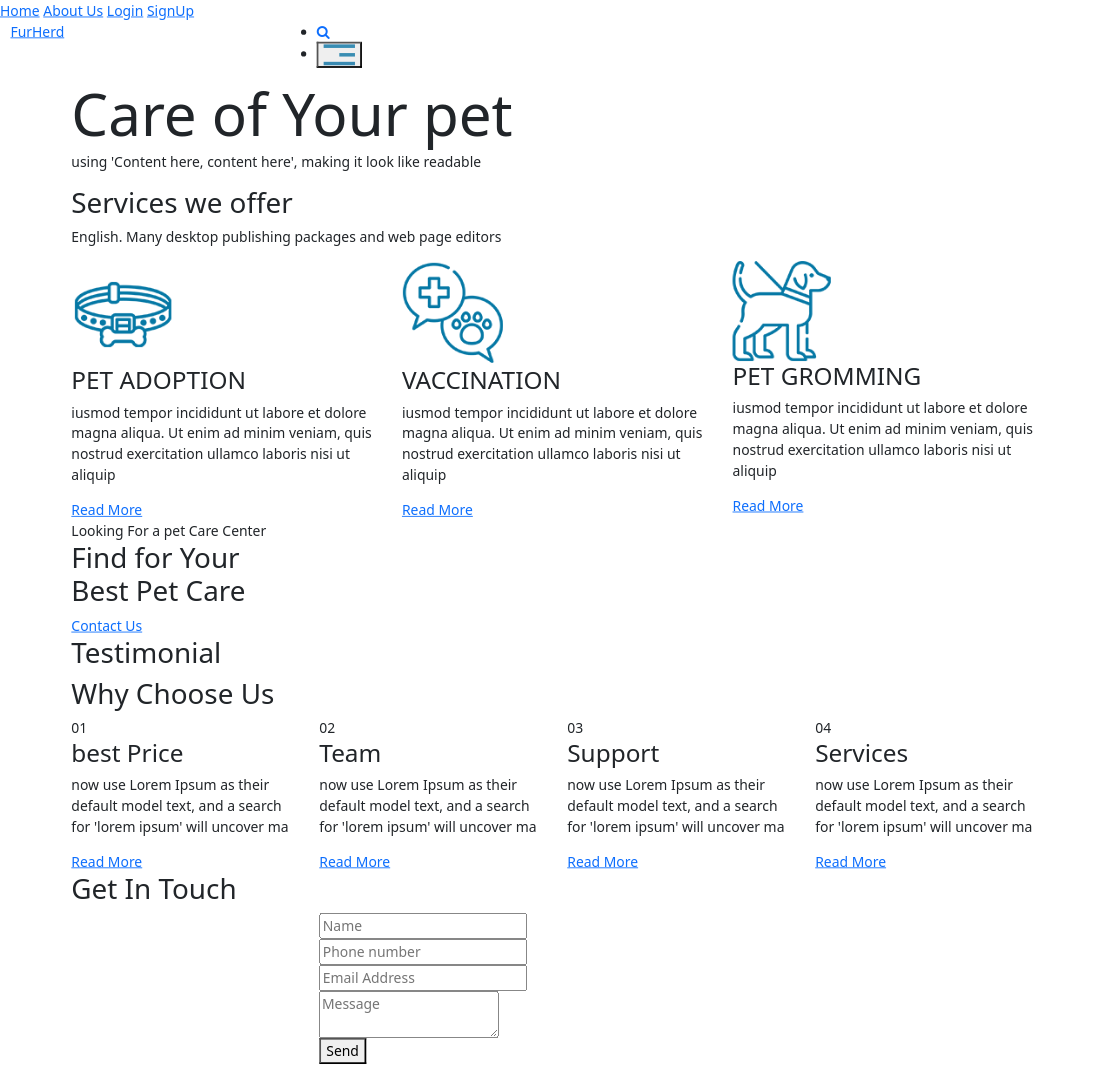
Repository: Chitti-g-k/Paw-Takers
Page: templates/index.html
These files come from the project's save history. The page is drawn as it stood at one moment and after the next save; the edit follows.
The browser window is 1280 px wide. The pictures show the whole page, at 87% of full size.
The template is drawn by Django 4.2. The application's start-up code is not run. Other server files are loaded and not shown. The template is opened directly, without the code that normally fills it, so the values that code supplies are empty.

Above is the page before, as saved 2023-07-16 13:07:33.

### templates/index.html

<html lang="en">
   <head>
      <!-- basic -->
      <meta charset="utf-8">
      <meta http-equiv="X-UA-Compatible" content="IE=edge">
      <!-- mobile metas -->
      <meta name="viewport" content="width=device-width, initial-scale=1">
      <meta name="viewport" content="initial-scale=1, maximum-scale=1">
      <!-- site metas -->
      <title>FurHerd</title>
      <meta name="keywords" content="">
      <meta name="description" content="">
      <meta name="author" content="">
      <!-- bootstrap css -->
      {%load static%}
      <link rel="stylesheet" href="{% static 'css/bootstrap.min.css' %}">
<!-- style css -->
<link rel="stylesheet" href="{% static 'css/style1.css' %}">
<!-- responsive-->
<link rel="stylesheet" href="{% static 'css/responsive.css' %}">
<!-- awesome fontfamily -->
<link rel="stylesheet" href="https://cdnjs.cloudflare.com/ajax/libs/font-awesome/4.7.0/css/font-awesome.min.css">
<link rel="stylesheet" href="https://cdnjs.cloudflare.com/ajax/libs/font-awesome/4.7.0/css/font-awesome.min.css">
<link href="https://cdn.jsdelivr.net/npm/bootstrap@5.0.2/dist/css/bootstrap.min.css" rel="stylesheet" integrity="sha384-EVSTQN3/azprG1Anm3QDgpJLIm9Nao0Yz1ztcQTwFspd3yD65VohhpuuCOmLASjC" crossorigin="anonymous">
<script src="https://cdn.jsdelivr.net/npm/bootstrap@5.0.2/dist/js/bootstrap.bundle.min.js" integrity="sha384-MrcW6ZMFYlzcLA8Nl+NtUVF0sA7MsXsP1UyJoMp4YLEuNSfAP+JcXn/tWtIaxVXM" crossorigin="anonymous"></script>
<script src="https://cdn.jsdelivr.net/npm/@popperjs/core@2.9.2/dist/umd/popper.min.js" integrity="sha384-IQsoLXl5PILFhosVNubq5LC7Qb9DXgDA9i+tQ8Zj3iwWAwPtgFTxbJ8NT4GN1R8p" crossorigin="anonymous"></script>
<script src="https://cdn.jsdelivr.net/npm/bootstrap@5.0.2/dist/js/bootstrap.min.js" integrity="sha384-cVKIPhGWiC2Al4u+LWgxfKTRIcfu0JTxR+EQDz/bgldoEyl4H0zUF0QKbrJ0EcQF" crossorigin="anonymous"></script>

      <!--[if lt IE 9]>
      <script src="https://oss.maxcdn.com/html5shiv/3.7.3/html5shiv.min.js"></script>
      <script src="https://oss.maxcdn.com/respond/1.4.2/respond.min.js"></script><![endif]-->
   </head>
   <!-- body -->
   <body class="main-layout">
    <!-- loader -->
    <div class="loader_bg">
        <div class="loader"><img src="{% static 'images/loading.gif' %}" alt="" /></div>
    </div>
    <!-- end loader -->

    <!-- header -->
    <header>
        <!-- header inner -->
        <nav>
            <a href="/display">Home</a>
            <a href="/">About Us</a>
            <a href="{% url 'account_login'%}">Login</a>
            <a href="{% url 'account_signup' %}">SignUp</a>
            <div class="animation start-home"></div>
        </nav>
        <div class="head-bottom">
            <div class="container-fluid">
                <div class="row">
                    <div class="col-sm-3">
                        <div class="logo">
                            <a href="">Fur<span>Herd</span></a>
                        </div>
                    </div>
                    <div class="col-sm-9">
                        <ul class="email text_align_right">
                            <li><a href="javascript:void(0)"><i class="fa fa-search" aria-hidden="true"></i></a></li>
                            <li> <button class="openbtn" onclick="openNav()"><img src="{% static 'images/menu_btn.png' %}"></button></li>
                        </ul>
                    </div>
                </div>
            </div>
        </div>
    </header>
    <!-- end header -->
    <!-- start slider section -->
    <div class="section">
        <div class="container">
            <div class="row">
                <div class="col-md-12">
                    <div class=" banner_main">
                        <div class="bluid">
                            <h1>Care of Your pet </h1>
                            <p>using 'Content here, content here', making it look like readable</p>
                        </div>
                    </div>
                </div>
            </div>
        </div>
    </div>
    <!-- end slider section -->
    <!-- services -->
    <div class="services">
        <div class="container">
            <div class="row">
                <div class="col-md-12">
                    <div class="titlepage text_align_center">
                        <h2>Services we offer</h2>
                        <p>English. Many desktop publishing packages and web page editors</p>
                    </div>
                </div>
            </div>
            <div class="row">
                <div class="col-md-4">
                    <div class="service_text">
                        <i><img src="{% static 'images/service_icon1.png' %}" alt="#"/></i>
                        <h3>PET ADOPTION</h3>
                        <p>iusmod tempor incididunt ut labore et dolore magna aliqua. Ut enim ad minim veniam, quis nostrud exercitation ullamco laboris nisi ut aliquip</p>
                        <a href="">Read More</a>
                    </div>
                </div>
                <div class="col-md-4">
                    <div class="service_text">
                        <i><img src="{% static 'images/service_icon2.png' %}" alt="#"/></i>
                        <h3>VACCINATION</h3>
                        <p>iusmod tempor incididunt ut labore et dolore magna aliqua. Ut enim ad minim veniam, quis nostrud exercitation ullamco laboris nisi ut aliquip</p>
                        <a href="">Read More</a>
                    </div>
                </div>
                <div class="col-md-4">
                    <div class="service_text">
                        <i><img src="{% static 'images/service_icon3.png' %}" alt="#"/></i>
                        <h3>PET GROMMING</h3>
                        <p>iusmod tempor incididunt ut labore et dolore magna aliqua. Ut enim ad minim veniam, quis nostrud exercitation ullamco laboris nisi ut aliquip</p>
                        <a href="">Read More</a>
                    </div>
                </div>
            </div>
        </div>
    </div>
    <!-- end services -->
    <!-- pet -->
    <div class="pet">
        <div class="container">
            <div class="row d_flex">
                <div class="col-md-6">
                    <div class="titlepage text_align_left">
                        <span>Looking For a pet Care Center</span>
                        <h2>Find for Your <br>Best Pet Care </h2>
                        <a class="read_more" href="">Contact Us</a>
                    </div>
                </div>
            </div>
        </div>
    </div>
    <!-- end pet -->


          <!-- testimonial -->
          <div class="testimonial">
            <div class="container">
                <div class="row">
                    <div class="col-sm-12">
                        <div class="titlepage text_align_center">
                            <h2>Testimonial</h2>
                        </div>
                    </div>
                </div>
                <!-- start slider section -->
                <div class="row">
                    <div class="col-md-12">
                        <div id="testi" class="carousel slide testimonial_banner" data-ride="carousel">
                            <ol class="carousel-indicators">
                                <li data-target="#testi" data-slide-to="0" class="active"></li>
                                <li data-target="#testi" data-slide-to="1"></li>
                                <li data-target="#testi" data-slide-to="2"></li>
                                <li data-target="#testi" data-slide-to="3"></li>
                            </ol>
                            <div class="carousel-inner">
                                <div class="carousel-item active">
                                    <div class="container-fluid">
                                        <div class="carousel-caption testi">
                                            <div class="test_box text_align_center">
                                                <i class="left_di"><img src="{% static 'images/tese1.png' %}" alt="#"/></i>
                                                <p>alteration in some form, by injected humour, or randomised words which don't look even slightly believable. If you are going to use a passage of Lorem Ipsum, you need to be sure there isn't anything alteration in some form, by injected humour, or randomised words which don't look even slightly believable. If you are going to use a passage of Lorem Ipsum, you need to be sure there isn't anything </p>
                                                <i class="right_di"><img src="{% static 'images/tese2.png' %}" alt="#"/></i>
                                            </div>
                                            <div class="por_file">
                                                <i><img src="{% static 'images/test2.png' %}" alt="#"/></i>
                                                <h4>believable <br><span> use a passage</span></h4>
                                            </div>
                                        </div>
                                    </div>
                                </div>
                                <div class="carousel-item">
                                    <div class="container-fluid">
                                        <div class="carousel-caption testi">
                                            <div class="test_box text_align_center">
                                                <i class="left_di"><img src="{% static 'images/tese1.png' %}" alt="#"/></i>
                                                <p>alteration in some form, by injected humour, or randomised words which don't look even slightly believable. If you are going to use a passage of Lorem Ipsum, you need to be sure there isn't anything alteration in some form, by injected humour, or randomised words which don't look even slightly believable. If you are going to use a passage of Lorem Ipsum, you need to be sure there isn't anything </p>
                                                <i class="right_di"><img src="{% static 'images/tese2.png' %}" alt="#"/></i>
                                            </div>
                                            <div class="por_file">
                                                <i><img src="{% static 'images/test2.png' %}" alt="#"/></i>
                                                <h4>believable <br><span> use a passage</span></h4>
                                            </div>
                                        </div>
                                    </div>
                                </div>
                                <div class="carousel-item">
                                    <div class="container-fluid">
                                        <div class="carousel-caption testi">
                                            <div class="test_box text_align_center">
                                                <i class="left_di"><img src="{% static 'images/tese1.png' %}" alt="#"/></i>
                                                <p>alteration in some form, by injected humour, or randomised words which don't look even slightly believable. If you are going to use a passage of Lorem Ipsum, you need to be sure there isn't anything alteration in some form, by injected humour, or randomised words which don't look even slightly believable. If you are going to use a passage of Lorem Ipsum, you need to be sure there isn't anything </p>
                                                <i class="right_di"><img src="{% static 'images/tese2.png' %}" alt="#"/></i>
                                            </div>
                                            <div class="por_file">
                                                <i><img src="{% static 'images/test2.png' %}" alt="#"/></i>
                                                <h4>believable <br><span> use a passage</span></h4>
                                            </div>
                                        </div>
                                    </div>
                                </div>
                                <div class="carousel-item">
                                    <div class="container-fluid">
                                        <div class="carousel-caption testi">
                                            <div class="test_box text_align_center">
                                                <i class="left_di"><img src="{% static 'images/tese1.png' %}" alt="#"/></i>
                                                <p>alteration in some form, by injected humour, or randomised words which don't look even slightly believable. If you are going to use a passage of Lorem Ipsum, you need to be sure there isn't anything alteration in some form, by injected humour, or randomised words which don't look even slightly believable. If you are going to use a passage of Lorem Ipsum, you need to be sure there isn't anything </p>
                                                <i class="right_di"><img src="{% static 'images/tese2.png' %}" alt="#"/></i>
                                            </div>
                                            <div class="por_file">
                                                <i><img src="{% static 'images/test2.png' %}" alt="#"/></i>
                                                <h4>believable <br><span> use a passage</span></h4>
                                            </div>
                                        </div>
                                    </div>
                                </div>
                            </div>
                            <a class="carousel-control-prev" href="#testi" role="button" data-slide="prev">
                                <i class="fa fa-angle-left" aria-hidden="true"></i>
                                <span class="sr-only">Previous</span>
                            </a>
                            <a class="carousel-control-next" href="#testi" role="button" data-slide="next">
                                <i class="fa fa-angle-right" aria-hidden="true"></i>
                                <span class="sr-only">Next</span>
                            </a>
                        </div>
                    </div>
                </div>
            </div>
        </div>

        <!-- choose -->
        <div class="choose">
            <div class="container">
                <div class="row">
                    <div class="col-md-12">
                        <div class="titlepage text_align_center">
                            <h2>Why Choose Us</h2>
                        </div>
                    </div>
                </div>
                <div class="row">
                    <div class="col-lg-3 col-md-6">
                        <div id="ho_id" class="teab_box">
                            <span>01</span>
                            <h3>best Price</h3>
                            <p>now use Lorem Ipsum as their default model text, and a search for 'lorem ipsum' will uncover ma</p>
                            <a href="choose.html">Read More</a>
                        </div>
                    </div>
                    <div class="col-lg-3 col-md-6">
                        <div id="ho_id" class="teab_box">
                            <span>02</span>
                            <h3>Team</h3>
                            <p>now use Lorem Ipsum as their default model text, and a search for 'lorem ipsum' will uncover ma</p>
                            <a href="choose.html">Read More</a>
                        </div>
                    </div>
                    <div class="col-lg-3 col-md-6">
                        <div id="ho_id" class="teab_box">
                            <span>03</span>
                            <h3>Support</h3>
                            <p>now use Lorem Ipsum as their default model text, and a search for 'lorem ipsum' will uncover ma</p>
                            <a href="choose.html">Read More</a>
                        </div>
                    </div>
                    <div class="col-lg-3 col-md-6">
                        <div id="ho_id" class="teab_box">
                            <span>04</span>
                            <h3>Services</h3>
                            <p>now use Lorem Ipsum as their default model text, and a search for 'lorem ipsum' will uncover ma</p>
                            <a href="#">Read More</a>
                        </div>
                    </div>
                </div>
            </div>
        </div>


      <!-- end choose -->
      <!-- contact -->
      <div class="contact">
        <div class="container">
            <div class="row">
                <div class="col-md-12">
                    <div class="titlepage text_align_center">
                        <h2>Get In Touch</h2>
                    </div>
                </div>
                <div class="col-lg-6 offset-lg-3 col-md-8 offset-md-2">
                    <form id="request" class="main_form">
                        <div class="row">
                            <div class="col-md-12">
                                <input class="contactus" placeholder="Name" type="text" name="Name">
                            </div>
                            <div class="col-md-12">
                                <input class="contactus" placeholder="Phone number" type="text" name="Phone Number">
                            </div>
                            <div class="col-md-12">
                                <input class="contactus" placeholder="Email Address" type="text" name="Email">
                            </div>
                            <div class="col-md-12">
                                <textarea class="textarea" placeholder="Message" type="text" name="Message"></textarea>
                            </div>
                            <div class="col-md-12">
                                <button class="send_btn">Send</button>
                            </div>
                        </div>
                    </form>
                </div>

            </div>
        </div>
    </div>

      <!-- contact -->
      <!-- footer -->

      <!-- end footer -->
      <!-- Javascript files-->
      <script src="https://cdn.jsdelivr.net/npm/bootstrap@5.0.2/dist/js/bootstrap.bundle.min.js" integrity="sha384-MrcW6ZMFYlzcLA8Nl+NtUVF0sA7MsXsP1UyJoMp4YLEuNSfAP+JcXn/tWtIaxVXM" crossorigin="anonymous"></script>
<script src="https://cdn.jsdelivr.net/npm/@popperjs/core@2.9.2/dist/umd/popper.min.js" integrity="sha384-IQsoLXl5PILFhosVNubq5LC7Qb9DXgDA9i+tQ8Zj3iwWAwPtgFTxbJ8NT4GN1R8p" crossorigin="anonymous"></script>
<script src="https://cdn.jsdelivr.net/npm/bootstrap@5.0.2/dist/js/bootstrap.min.js" integrity="sha384-cVKIPhGWiC2Al4u+LWgxfKTRIcfu0JTxR+EQDz/bgldoEyl4H0zUF0QKbrJ0EcQF" crossorigin="anonymous"></script>
      <script src="https://code.jquery.com/jquery-3.6.0.min.js"></script>
      <script src="{% static 'js/jquery.min.js' %}"></script>
      <script src="{% static 'js/bootstrap.bundle.min.js' %}"></script>
      <script src="{% static 'js/jquery-3.0.0.min.js' %}"></script>
      <script src="{% static 'js/custom.js' %}"></script>
   </body>
</html>

### static/css/style1.css
.page {
    font-family: sans-serif;
    padding: 24px;
  }

  hr {
    margin-block: 32px;
  }

  .layout {
    display: flex;
    gap: 24px;
    flex-flow: row wrap;
  }

  .layout > div {
    flex: 1;
    display: flex;
    align-items: center;
    justify-content: center;
    border-radius: 12px;
    min-inline-size: 300px;
    min-block-size: 100px;
    box-shadow: 0 0 8px grey;
  }

  .layout > div:hover {
    box-shadow: 0 0 16px grey;
    transition-duration: 0.2s;
  }

  /* Styles above here aren't super relevant to containers */

  .card {
    container: card / inline-size;
  }

  .card div {
    display: block;
    inline-size: 100%;
    border-radius: inherit;
    text-align: center;
  }

  @container card (min-width: 400px) {
    /* Note that containers cannot style themselves, so an additional wrapper element is needed. */
    div {
      background-color: salmon;
    }

    h2 {
      font-size: 3rem;
    }
  }

Loaded but not shown: static/css/bootstrap.min.css (library); static/js/jquery.min.js (library); static/js/bootstrap.bundle.min.js (library); static/js/jquery-3.0.0.min.js (library); static/js/custom.js (108 lines, source omitted); static/css/responsive.css (82 lines, source omitted)

After the next save:
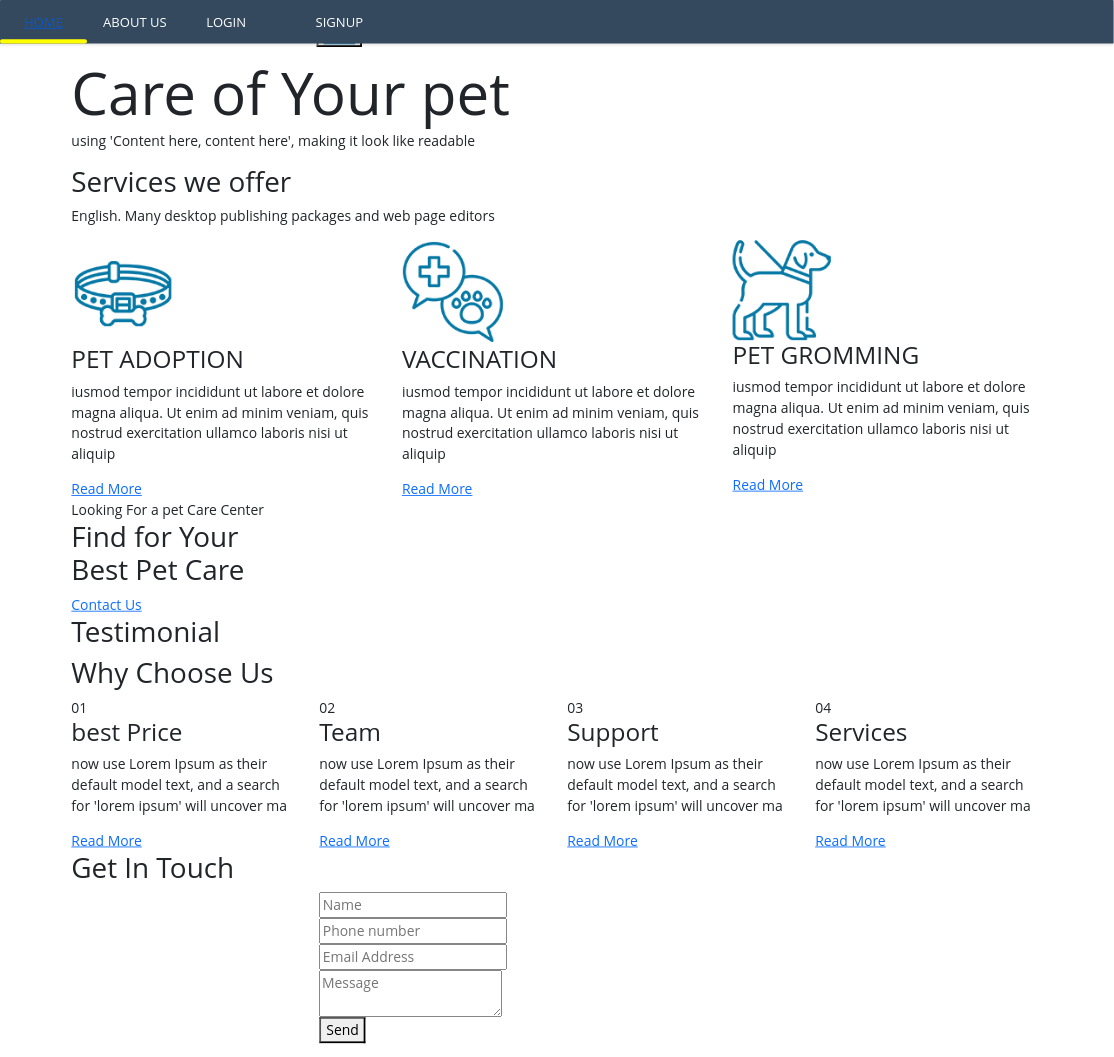
Saved 14 s later.
--- a/templates/index.html
+++ b/templates/index.html
@@ -30,6 +30,75 @@
       <!--[if lt IE 9]>
       <script src="https://oss.maxcdn.com/html5shiv/3.7.3/html5shiv.min.js"></script>
       <script src="https://oss.maxcdn.com/respond/1.4.2/respond.min.js"></script><![endif]-->
+      <style>
+        body {
+            font-family: 'Open Sans', sans-serif;
+
+            margin: 0; /* Add this to remove body default margin */
+        }
+        nav {
+            position: fixed; /* Change position to fixed */
+            top: 0; /* Position it at the top */
+            left: 0; /* Align it to the left */
+            width: 100%; /* Make it full width */
+            height: 50px;
+            background: #34495e;
+            border-radius: 1px;
+            font-size: 0;
+            box-shadow: 0 2px 3px 0 rgba(0,0,0,0.1);
+            z-index: 100; /* Add a higher z-index to keep it above other elements */
+        }
+
+        /* Rest of the CSS styles remain the same */
+        nav a {
+            font-size: 15px;
+            text-transform: uppercase;
+            color: white;
+            text-decoration: none;
+            line-height: 50px;
+            position: relative;
+            z-index: 1;
+            display: inline-block;
+            text-align: center;
+        }
+        nav .animation {
+            position: absolute;
+            height: 5px;
+            bottom: 0;
+            z-index: 0;
+            background: yellow;
+            transition: all .5s ease 0s;
+            border-radius: 8px;
+        }
+        a:nth-child(1) {
+            width: 100px;
+        }
+        nav .start-home,a:nth-child(1):hover~.animation {
+            width: 100px;
+            left: 0;
+        }
+        a:nth-child(2) {
+            width: 110px;
+        }
+        nav .start-about,a:nth-child(2):hover~.animation {
+            width: 110px;
+            left: 100px;
+        }
+        a:nth-child(3) {
+            width: 100px;
+        }
+        nav .start-login,a:nth-child(3):hover~.animation {
+            width: 100px;
+            left: 210px;
+        }
+        a:nth-child(4) {
+            width: 160px;
+        }
+        nav .start-signup,a:nth-child(4):hover~.animation {
+            width: 160px;
+            left: 310px;
+        }
+    </style>
    </head>
    <!-- body -->
    <body class="main-layout">
